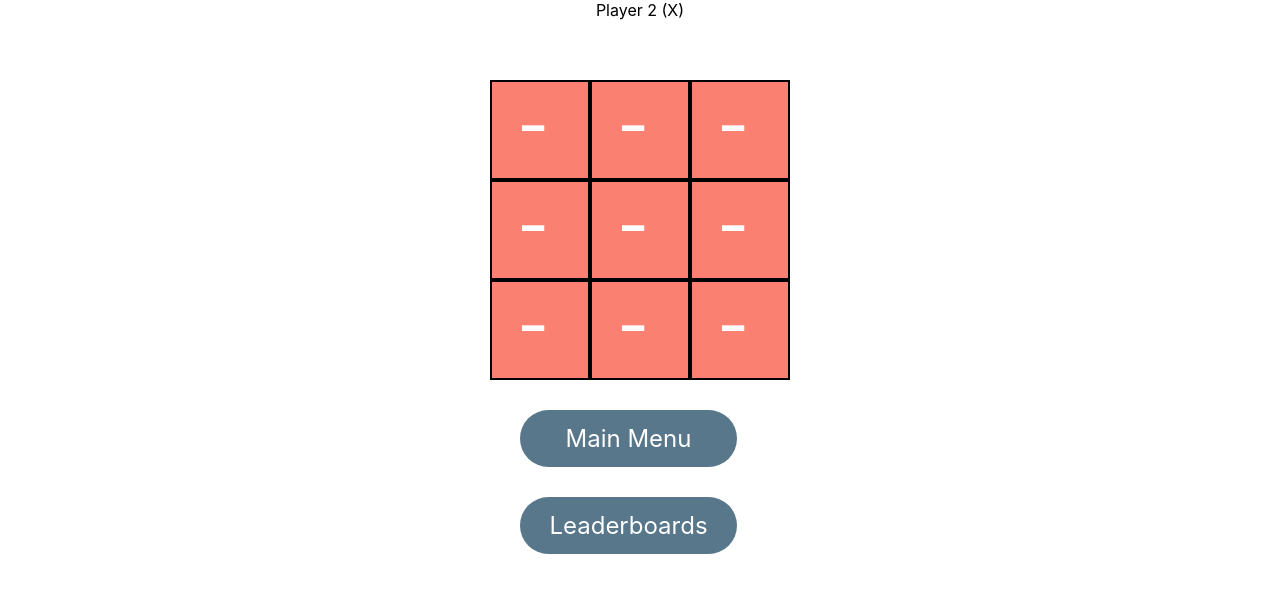
Repository: DawsonGosse/DecisionsGame
Page: /tictacgame (app in web/)
The author's editor kept a copy of each file at every save. The page is drawn from the files as they stood at one save, then again after the next save.
The browser window is 1280 px wide. The pictures show the whole page.
The project was rebuilt for these pictures with package versions that can differ from the ones it lists, and the page was loaded fresh each time. The framework's server and built-in components were replaced by stand-ins that run in the browser. Also part of the build but not shown: web/next.config.js.

Above is the page before, as saved 2022-01-14 12:37:30.

### web/pages/tictacgame.js
import Game from "../comps/TicTacToe/Game"

export default function TicTacToe() {

    return(
        <div className="MainCont">
            <Game/>
        </div>
    )
}

### web/styles/globals.css
html,
body {
  padding: 0;
  margin: 0;
  font-family: -apple-system, BlinkMacSystemFont, Segoe UI, Roboto, Oxygen,
    Ubuntu, Cantarell, Fira Sans, Droid Sans, Helvetica Neue, sans-serif;
}

a {
  color: inherit;
  text-decoration: none;
}

* {
  box-sizing: border-box;
}

/*************** TIC TAC TOE ***************/

.MainCont{
  display: flex;
  flex-direction: column;
  justify-content: center;
  align-items: center;
  height: screen;
}

.square{
  display: flex;
  flex-wrap: wrap;
  width: 300px;
  height:300px;
  background-color: aquamarine;
}

.innerSquares{
  background-color: salmon;
  border: 2px black solid;
  width:100px;
  height:100px;
  position: relative;
}

.placeholder{
  position: absolute;
  font-size: 70px;
  color:white;
  margin-left: 25px;
}

### web/comps/TicTacToe/Game.js
import { useState } from "react"
import styled from "styled-components"
import Square from "./Square"
import Button from "../Button"

// Grid/Playing Field
const INITIAL_GRID = [
    ['-','-','-'],
    ['-','-','-'],
    ['-','-','-'],
]

// Page Layout
const Container = styled.div`
    display:flex;
    flex-direction: column;
    justify-content:center;
    align-items:center;
    margin-top: 60px;
`

const Buttons = styled.div`
    display:flex;
    flex-direction: column;
    justify-content:center;
    align-items:center;
    margin-top: 30px;
    padding-left: 30px;
`
const LeaderButton = styled.div`
    display: flex;
    flex-direction: column;
    align-items: center;
    justify-content: center;
    padding-top: 30px;
`


//Setup for turns and ending games
const Game = props=>{
    const [grid, setGrid] = useState(INITIAL_GRID)
    const [turn, setTurn] = useState(Math.random()>0.5?
    false:true);
    const [gameEnd, setGameEnd] = useState(false);
    const [gameWinner, setGameWinner] = useState(null);
    /*
    turn = false => player1 (o)
    turn = true =< player2 (x)
    */


// See if lines has 3 in a row
    const checkLines = (newGrid)=>{
        for(let i=0; i<3; i++){
        let o = 0;
        let x = 0;
            for(let j=0; j<3; j++){
                if(newGrid[i][j] === 'X') x++
                if(newGrid[i][j] === 'O') o++;
            }
            if (x === 3){
              return 'X';
            }
            else if(o === 3){
               return 'O';
            }
        }
        return null;
    }

    // See if columns has 3 in a row
    const checkColumns = (newGrid)=>{
        for(let i=0; i<3; i++){
        let x = 0;
        let o = 0;
            for(let j=0; j<3; j++){
                if(newGrid[j][i] === 'X') x++
                else if(newGrid[j][i] === 'O') o++;
            }
            if (x === 3){
              return 'X';
            }
            if(o === 3){
               return 'O';
            }
        }
        return null;
    }

    // See if both directions of diagonal lines have 3 in a row
    const checkDiagonals = (newGrid)=>{
        // First diagonal
        let x = 0;
        let o = 0;
        for(let i=0; i<3; i++){
            if(newGrid[i][i] === 'X') x++
            if(newGrid[i][i] === 'O') o++;
        }
        if ( x === 3) return 'X'
        else if( o === 3) return 'O';
        // Second diagonal
        x,o = 0;
        for(let i=0; i<3; i++){
            if(newGrid[i][2-i] === 'X') x++
            if(newGrid[i][2-i] === 'O') o++;
        }
        if (x === 3) return 'X';
        else if(o === 3) return 'O';

        return null;

    }


    const setValue = (i,j) =>{
        const newGrid = [...grid];
        if(newGrid[i][j]!='-') return;
        newGrid[i][j] = !turn?'O':'X';
        setGrid(newGrid)
        setTurn(!turn)

        /*
        Who is the winner?
        */

       let winner = null;
       winner = checkLines(newGrid);
       console.log(checkLines(newGrid), checkColumns(newGrid)
       ,checkDiagonals(newGrid))
       if(winner === null)  winner = checkColumns(newGrid);
       if(winner === null)  winner = checkDiagonals(newGrid);

       if(winner){
           setGameEnd(true);
           setGameWinner(winner)
           setGrid(INITIAL_GRID);
        }
    }



    return(
        <>
            {
                gameEnd?(
                    <div>
                        the {gameWinner==='X'?'Player 1 (X)':'Player 2 (O)'} Won The Game!
                        </div>
                ):(
                    <div>
                        {!turn?"Player 1 (O) :":"Player 2 (X)"}
                    </div>
                )
            }
            <Container>
                <div className="square">
                        {
                            grid.map((gLine, i)=>{
                                return(
                                    gLine.map((el,j)=>{
                                        return(
                                            <Square
                                            label = {el}
                                            i={i}
                                            j={j}
                                            setValue={setValue}
                                            />
                                        )
                                    })
                                )
                            })
                        }
                        <Buttons>
                            <Button text="Main Menu" routeTo="/"></Button>
                            <LeaderButton>
                                <Button text="Leaderboards" routeTo="/leaderboard"></Button>
                                <br></br>
                            </LeaderButton>
                        </Buttons>
                </div>
            </Container>
        </>
    )
}

export default Game;

### web/comps/TicTacToe/Square.js
import React from "react";
import styled from "styled-components";


const Square = ({label,i,j,setValue})=>{
    return(

        <div className="innerSquares" onClick={()=>setValue(i,j)}>
            <div className="placeholder">
                {label}
            </div>
        </div>
    )
}

export default Square;

### web/comps/Button/index.js
import React from 'react';
import styled from 'styled-components';
import {useRouter} from 'next/router';

const Container = styled.div`
    display: flex;
    justify-content: center;
    align-items: center;
    width: 217px;
    height: 57px;
    background-color: ${props=>props.bgcolor};
    border-radius: 28.5px;
`

const TextCont = styled.div`
    font-size: 24px;
    color: #FFFFFF;
    text-align: center;
`

const Button = ({
    bgcolor='#58778A',
    text="Start Game",
    routeTo="/rpsgame",

}) => {

    const router = useRouter();

    return <Container bgcolor={bgcolor} onClick={()=>router.push(routeTo)}>
        <TextCont>{text}</TextCont>
    </Container>
}

export default Button;

Loaded but not shown: web/pages/_app.js (common file)

After the next save:
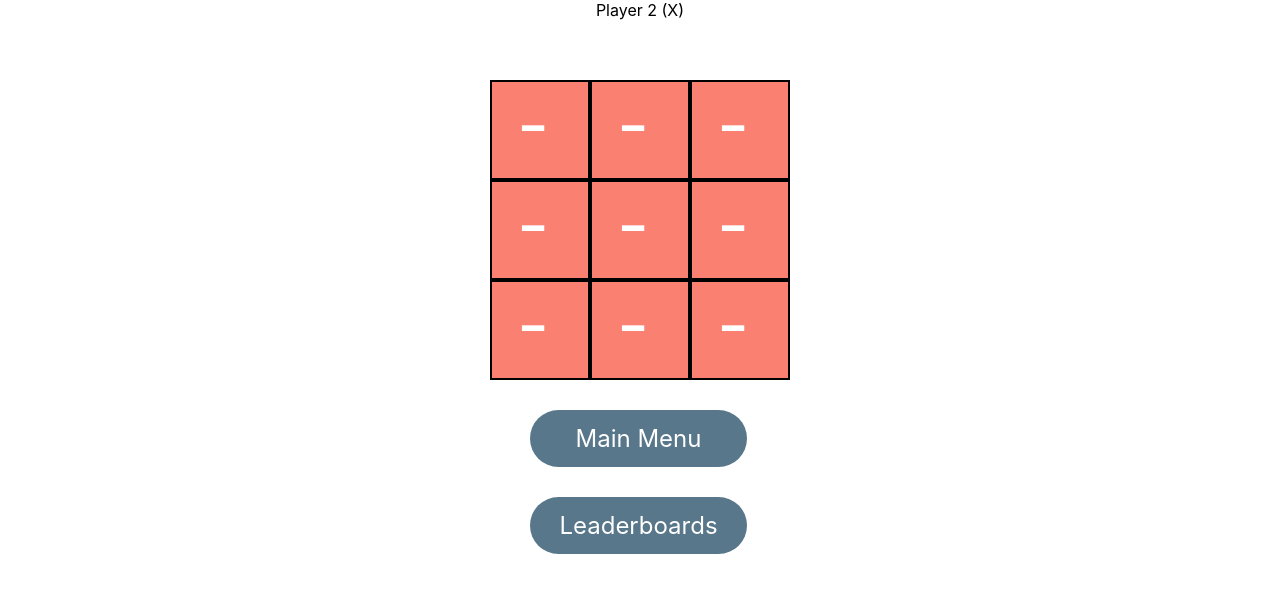
Saved 7 s later.
--- a/web/comps/TicTacToe/Game.js
+++ b/web/comps/TicTacToe/Game.js
@@ -25,7 +25,7 @@ const Buttons = styled.div`
     justify-content:center;
     align-items:center;
     margin-top: 30px;
-    padding-left: 30px;
+    padding-left: 40px;
 `
 const LeaderButton = styled.div`
     display: flex;
